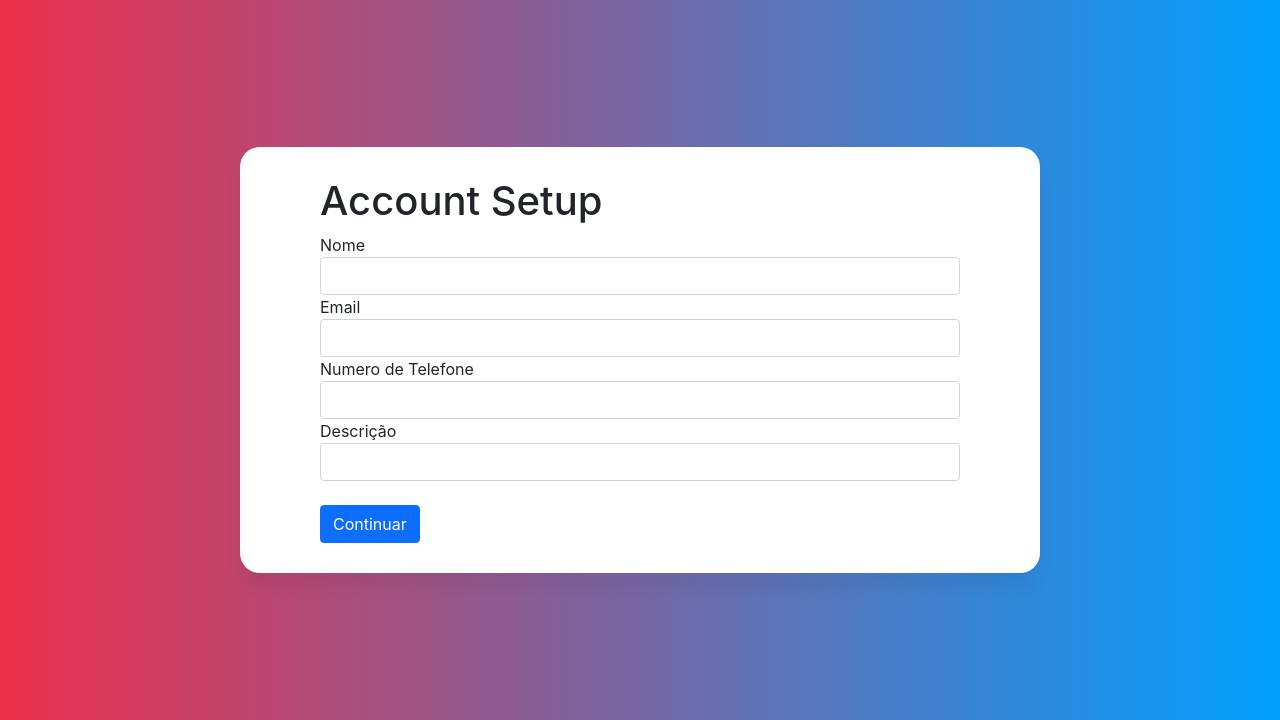
Repository: DeanLemosXD/ReactJS-3steps-form
Page: /
The author's editor kept a copy of each file at every save. The page is drawn from the files as they stood at one save, then again after the next save.
The browser window is 1280 px wide. The pictures show the whole page.
The project was rebuilt for these pictures with package versions that can differ from the ones it lists, and the page was loaded fresh each time. Imported but missing from the stored project, and not drawn on this page: src/components/Confirm, src/components/OtherData.

Above is the page before, as saved 2021-10-26 17:02:34.

### src/App.js
import React from 'react';
import './App.css';
import Form from './components/Form.js';

function App() {
  return (
    <div className="App">
      <div className="container">
     <Form />
      </div>

    </div>
  );
}

export default App;

### src/App.css
.App {
  display: flex;
  justify-content: center;
  align-items: center;
  flex-direction: column;
  height: 100vh;
  background: #009FFF;  /* fallback for old browsers */
  background: -webkit-linear-gradient(to right, #ec2F4B, #009FFF);  /* Chrome 10-25, Safari 5.1-6 */
  background: linear-gradient(to right, #ec2F4B, #009FFF); /* W3C, IE 10+/ Edge, Firefox 16+, Chrome 26+, Opera 12+, Safari 7+ */




}

.form-container {
  background: #fff;
  border-radius: 20px;
  padding: 30px 80px;
  max-width: 800px;
  margin: 0 auto;
  box-shadow: 0 15px 16px .17px rgba(0,0,0,0.05);
}

### src/components/Form.js
import React, { Component } from 'react'
import AccountSetup from './AccountSetup';
import OtherData from './OtherData';
import Confirm from './Confirm';

export class form extends Component {
    state = {
        step: 1,
        name: '',
        email: '',
        phone: '',
        description: '',
        workplace: '',
        DOC: '',
        linkedin: '',

    };

    nextStep = () => {
        const { step } = this.state;
        this.setState({step: step + 1});
    };

    prevStep = () => {
        const { step } = this.state;
        this.setState({step: step - 1});
    }

    inputChange = input => e => {
        this.setState({
            [input]: e.target.value
        })
    };

    render() {
        const { step } = this.state;
        const { name, email, phone, description, workplace, DOC, linkedin } = this.state;
        const values = { name, email, phone, description, workplace, DOC, linkedin };

        // eslint-disable-next-line default-case
        switch(step) {
            case 1:
                return (
                    <AccountSetup
                    nextStep={this.nextStep}
                    inputChange={this.inputChange}
                    values={values}
                    />
                );
                case 2:
                    return (
                        <OtherData
                        nextStep={this.nextStep}
                        prevStep={this.prevStep}
                        inputChange={this.inputChange}
                        values={values}
                         />
                    );
                    case 3:
                        return (
                            <Confirm
                            nextStep={this.nextStep}
                            prevStep={this.prevStep}
                            inputChange={this.inputChange}
                            values={values}
                            />
                        );
        }
    }
}

export default form

### src/components/AccountSetup.js
import React, { Component } from 'react'

export class AccountSetup extends Component {
    continue = e => {
        e.preventDefault();
        this.props.nextStep();
    }
    render() {
        const { values, inputChange } = this.props;

        return (
            <div className="form-container">
                <h1>Account Setup</h1>
                <div className="form-group">
                    <label htmlFor="name">Nome</label>
                    <input type="text" className="form-control" name="name" onChange={inputChange('name')} value={values.name} />
                </div>
                <div className="form-group">
                    <label htmlFor="email">Email</label>
                    <input type="text" className="form-control" name="email" onChange={inputChange('email')} value={values.email} />
                </div>
                <div className="form-group">
                    <label htmlFor="phone">Numero de Telefone</label>
                    <input type="text" className="form-control" name="phone" onChange={inputChange('phone')} value={values.phone} />
                </div>
                <div className="form-group">
                    <label htmlFor="description">Descrição</label>
                    <input type="text" className="form-control" name="description" onChange={inputChange('description')} value={values.description} />
                </div>

                <br />

            <div className="text-right">
                <button className="btn btn-primary" onClick={this.continue}>Continuar</button>
            </div>
            </div>
        )
    }
}

export default AccountSetup

Loaded but not shown: public/index.html (common file); src/index.js (common file); src/index.css (common file); src/reportWebVitals.js (common file)

After the next save:
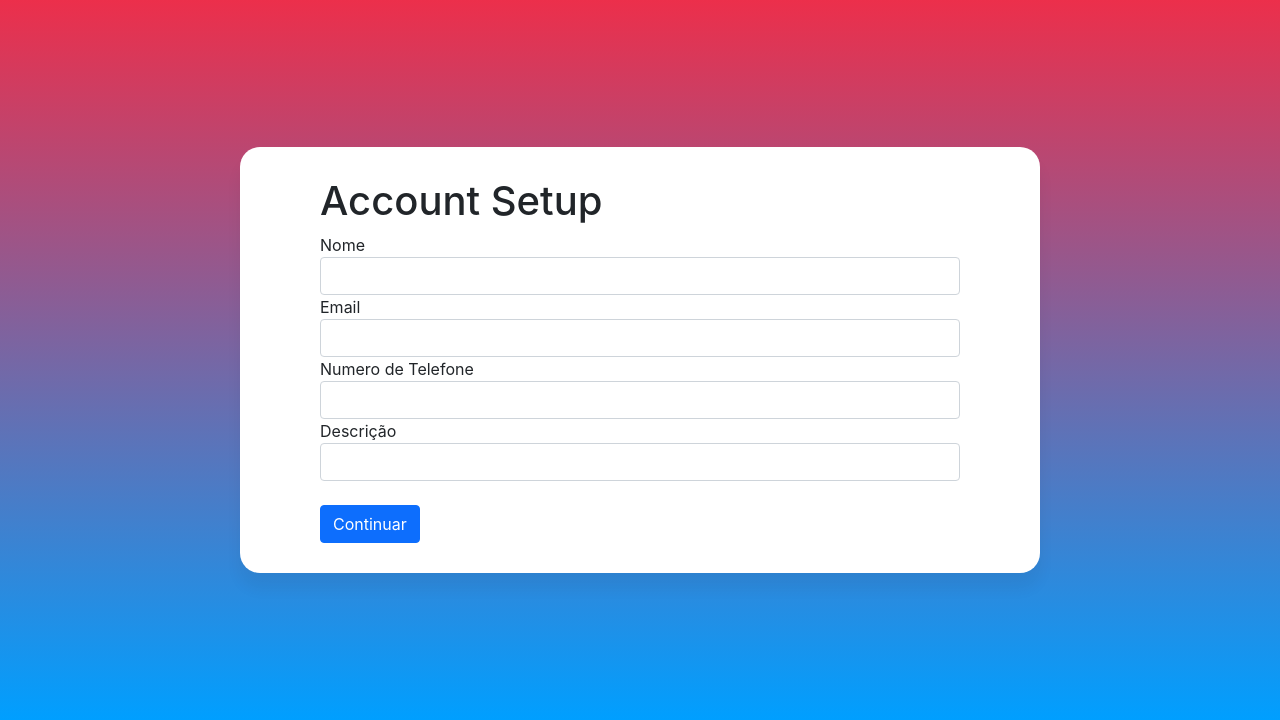
Saved 31 s later.
--- a/src/App.css
+++ b/src/App.css
@@ -5,8 +5,9 @@
   flex-direction: column;
   height: 100vh;
   background: #009FFF;  /* fallback for old browsers */
-  background: -webkit-linear-gradient(to right, #ec2F4B, #009FFF);  /* Chrome 10-25, Safari 5.1-6 */
-  background: linear-gradient(to right, #ec2F4B, #009FFF); /* W3C, IE 10+/ Edge, Firefox 16+, Chrome 26+, Opera 12+, Safari 7+ */
+  background: -webkit-linear-gradient(to bottom, #ec2F4B, #009FFF);  /* Chrome 10-25, Safari 5.1-6 */
+  background: linear-gradient(to bottom, #ec2F4B, #009FFF); /* W3C, IE 10+/ Edge, Firefox 16+, Chrome 26+, Opera 12+, Safari 7+ */
+
 
 
 
